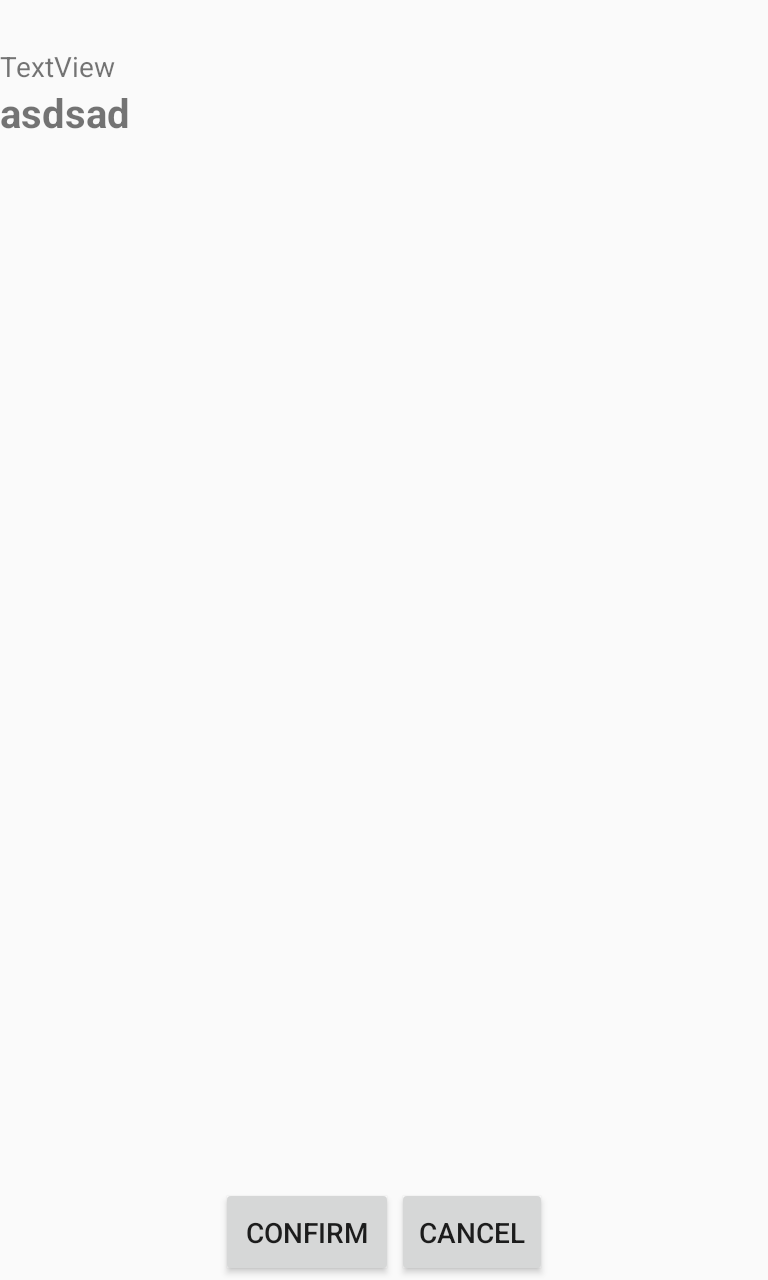
Repository: TeamZhao/Assignment-Tracker
Layout: AssignmentTracker/res/layout/activity_delete_semester_confirmation.xml
These files come from the project's save history. The layout is drawn as it stood at one moment and after the next save; the edit follows.
It is drawn on a 768 x 1280 px phone screen (xhdpi) without system bars, with theme AppTheme; the app's code is not run.

Above is the layout before, as saved 2014-11-15 06:03:52.

### AssignmentTracker/res/layout/activity_delete_semester_confirmation.xml
<TableLayout xmlns:android="http://schemas.android.com/apk/res/android"
    xmlns:tools="http://schemas.android.com/tools"
    android:layout_width="match_parent"
    android:layout_height="match_parent"
    android:layout_alignLeft="@+id/textView_DisplaySemContents"
    android:layout_below="@+id/textView_DisplaySemContents"
    tools:context="com.example.assignmenttracker.DeleteSemesterConfirmationActivity" >

    <TableRow
        android:id="@+id/tableRow1"
        android:layout_width="wrap_content"
        android:layout_height="wrap_content"
        android:layout_weight="1"
        android:gravity="bottom"
        android:orientation="horizontal" >

        <LinearLayout
            android:layout_width="wrap_content"
            android:layout_height="wrap_content"
            android:orientation="vertical" >

            <LinearLayout
                android:layout_width="wrap_content"
                android:layout_height="wrap_content"
                android:orientation="vertical" >

                <TextView
                    android:id="@+id/textView_SemInfoNotice"
                    android:layout_width="wrap_content"
                    android:layout_height="wrap_content"
                    android:text="TextView" />

                <TextView
                    android:id="@+id/textView_DisplaySemTitle"
                    android:layout_width="wrap_content"
                    android:layout_height="wrap_content"
                    android:layout_alignParentLeft="true"
                    android:layout_alignParentTop="true"
                    android:scrollbarAlwaysDrawVerticalTrack="true"
                    android:scrollbarStyle="insideOverlay"
                    android:scrollbars="vertical"
                    android:text="asdsad"
                    android:textSize="20sp"
                    android:textStyle="bold" />
            </LinearLayout>
        </LinearLayout>
    </TableRow>

    <TableRow
        android:id="@+id/tableRow2"
        android:layout_width="wrap_content"
        android:layout_height="wrap_content"
        android:layout_weight="20" >

        <TextView
            android:id="@+id/textView_DisplaySemContents"
            android:layout_width="wrap_content"
            android:layout_height="wrap_content"
            android:layout_alignParentLeft="true"
            android:layout_alignParentTop="true"
            android:scrollbarAlwaysDrawVerticalTrack="true"
            android:scrollbarStyle="insideOverlay"
            android:scrollbars="vertical"
            android:text="" />
    </TableRow>

    <TableRow
        android:id="@+id/tableRow3"
        android:layout_width="wrap_content"
        android:layout_height="wrap_content"
        android:layout_weight="1"
        android:gravity="bottom|center" >

        <LinearLayout
            android:layout_width="wrap_content"
            android:layout_height="wrap_content" >

            <Button
                android:id="@+id/btn_deleteSem"
                android:layout_width="wrap_content"
                android:layout_height="wrap_content"
                android:layout_weight="1"
                android:text="@string/confirm" />

            <Button
                android:id="@+id/btn_cancelDeleteSem"
                android:layout_width="wrap_content"
                android:layout_height="wrap_content"
                android:layout_weight="1"
                android:minWidth="24dip"
                android:text="@string/cancel" />
        </LinearLayout>
    </TableRow>

</TableLayout>

### AssignmentTracker/res/values/strings.xml
<?xml version="1.0" encoding="utf-8"?>
<resources>

    <string name="app_name">Assignment Tracker</string>
    <string name="hello_world">Hello world!</string>
    <string name="action_settings">Settings</string>
    <string name="title_activity_add_semester">Add New Semester</string>
    <string name="semesterDetails">Add semester</string>
    <string name="semesterNo">Enter your semester number</string>
    <string name="semesterName">Enter the semester name and other info</string>
    <string name="addSemester">Add</string>
    <string name="cancelSemester">Cancel</string>
    <string name="nameOfSemester">Name</string>
    <string name="semester">Semester</string>
    <string name="title_activity_main">Assignment Tracker</string>
    <string name="instsuction_add">Please press menu button on the upper right corner to add new record.</string>
    <string name="add_semester">Add Semester</string>
    <string name="add_course">Add Course/Project</string>
    <string name="add_assignment">Add Assignment</string>
    <string name="title_activity_add_assignment">Add New Assignment</string>
    <string name="title">Title</string>
    <string name="course">Course</string>
    <string name="due_date">Due Date</string>
    <string name="progress">Progress</string>
    <string name="add">Add</string>
    <string name="cancel">Cancel</string>
    <string name="delete">Delete</string>
    <string name="update">Update</string>
    <string name="confirm">Confirm</string>
    <string name="title_activity_update_assignment">Update Assignment</string>
    <string name="title_activity_add_course">Add New Course</string>
    <string name="course_code">Course Code</string>
    <string name="professor">Professor</string>
    <string name="course_name">Course Name</string>
    <string name="course_description">Course Description</string>
    <string name="title_activity_show_semesters">Semesters</string>
    <string name="show_semesters">Show All Semesters</string>
    <string name="title_activity_show_courses">Courses</string>
    <string name="show_courses">Show All Courses</string>
    <string name="title_activity_update_course">Update Course</string>
    <string name="title_activity_update_semester">Update Semester</string>
    <string name="Update">Update</string>
    <string name="updateSemester">Update Semester</string>
    <string name="title_activity_splash_screen">Assignment Tracker</string>
    <string name="companyLogo">Company Logo</string>
    <string name="ImA">I am a..</string>
    <string name="teacher">Teacher</string>
    <string name="student">Student</string>
    <string name="title_activity_delete_semester_confirmation">Delete Semester Confirmation</string>

</resources>

Loaded but not shown: AssignmentTracker/res/values/styles.xml (common file); AssignmentTracker/res/values-v11/styles.xml (common file); AssignmentTracker/res/values-v14/styles.xml (common file)

After the next save:
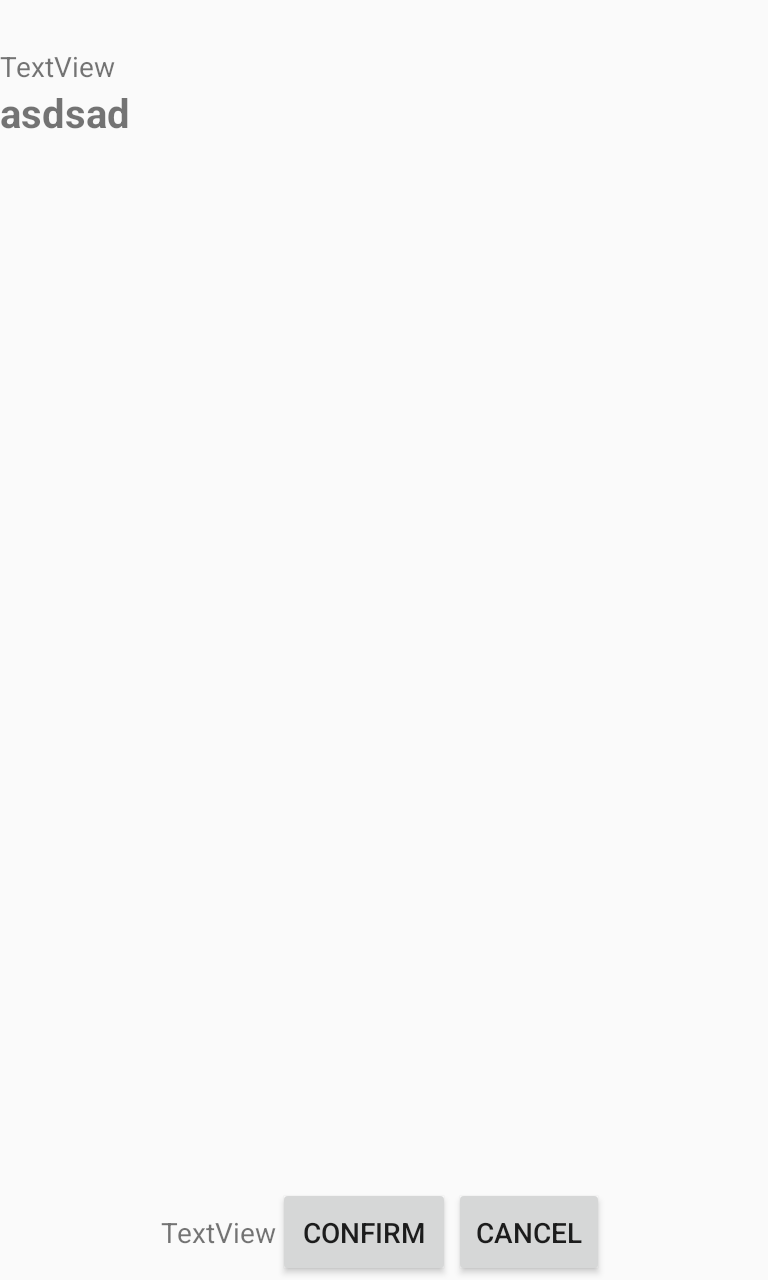
Saved 27 s later.
--- a/AssignmentTracker/res/layout/activity_delete_semester_confirmation.xml
+++ b/AssignmentTracker/res/layout/activity_delete_semester_confirmation.xml
@@ -75,6 +75,12 @@
             android:layout_width="wrap_content"
             android:layout_height="wrap_content" >
 
+            <TextView
+                android:id="@+id/textView_SemInfoNotice"
+                android:layout_width="wrap_content"
+                android:layout_height="wrap_content"
+                android:text="TextView" />
+
             <Button
                 android:id="@+id/btn_deleteSem"
                 android:layout_width="wrap_content"
